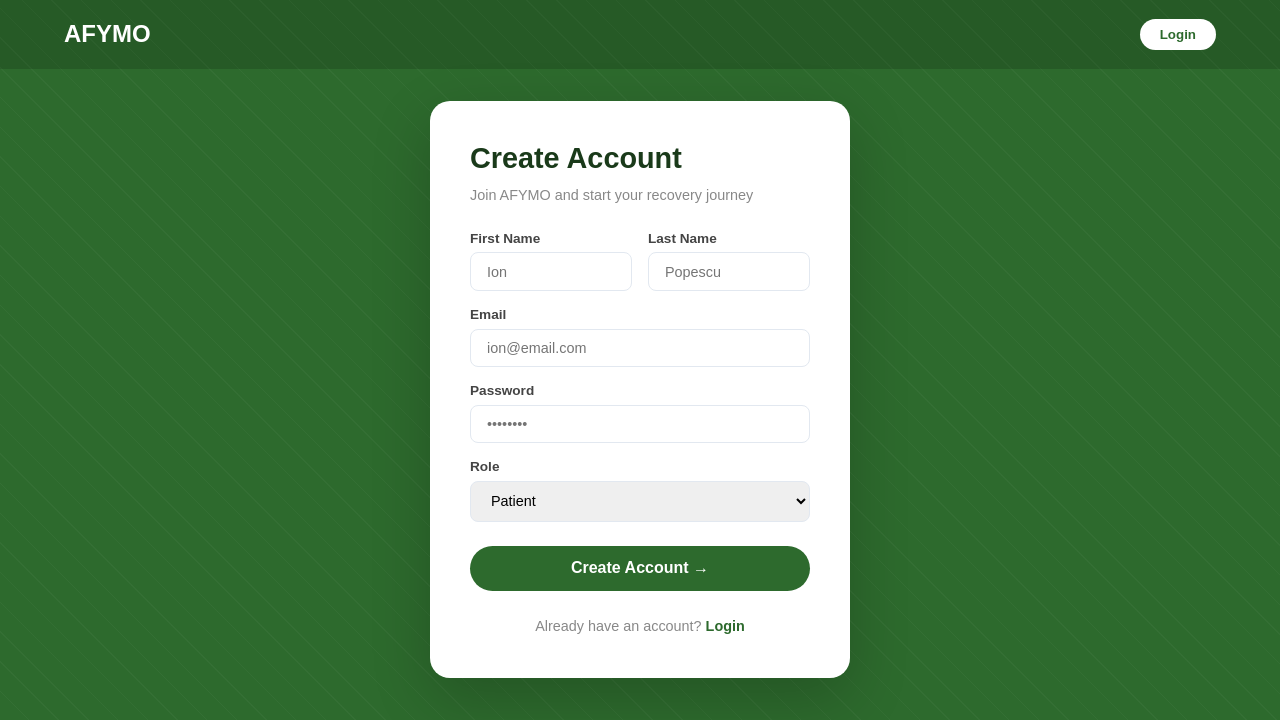
Repository: Bogo02/PhysioApp
Page: /register (app in physioapp-frontend/)
The author's editor kept a copy of each file at every save. The page is drawn from the files as they stood at one save, then again after the next save.
The browser window is 1280 px wide. The pictures show the whole page.
The project was rebuilt for these pictures with package versions that can differ from the ones it lists, and the page was loaded fresh each time. Also part of the build but not shown: physioapp-frontend/vite.config.js, physioapp-frontend/src/pages/Home.jsx, physioapp-frontend/src/pages/Login.jsx, physioapp-frontend/src/pages/Dashboard.jsx, physioapp-frontend/src/pages/Appointments.jsx, physioapp-frontend/src/pages/BookAppointment.jsx, physioapp-frontend/src/pages/Profile.jsx, physioapp-frontend/src/pages/Services.jsx and 2 more.

Above is the page before, as saved 2026-06-10 02:11:23.

After the next save:
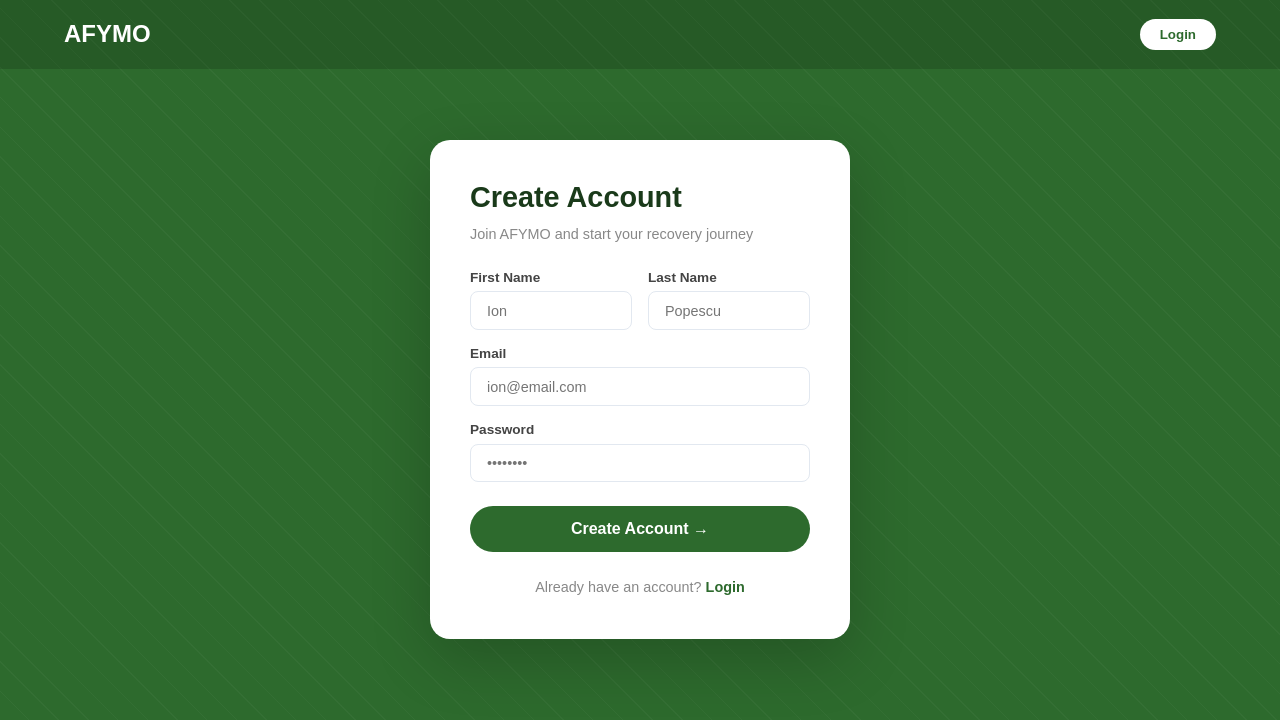
Saved 25 min 6 s later.
--- a/physioapp-frontend/src/pages/Register.jsx
+++ b/physioapp-frontend/src/pages/Register.jsx
@@ -7,7 +7,6 @@ function Register() {
   const [lastName, setLastName] = useState('')
   const [email, setEmail] = useState('')
   const [password, setPassword] = useState('')
-  const [role, setRole] = useState('PATIENT')
   const [error, setError] = useState('')
   const navigate = useNavigate()
 
@@ -15,7 +14,7 @@ function Register() {
     e.preventDefault()
     try {
       const response = await axios.post('http://localhost:8080/api/auth/register', {
-        firstName, lastName, email, password, role
+        firstName, lastName, email, password
       })
       localStorage.setItem('token', response.data.token)
       localStorage.setItem('role', response.data.role)
@@ -91,16 +90,6 @@ function Register() {
                 style={{ width: '100%', padding: '0.65rem 1rem', borderRadius: '8px', border: '1.5px solid #e2e8f0', fontFamily: 'inherit', fontSize: '0.9rem', boxSizing: 'border-box', outline: 'none' }} />
             </div>
 
-            <div>
-              <label style={{ color: '#444', fontSize: '0.85rem', fontWeight: '600', display: 'block', marginBottom: '0.4rem' }}>Role</label>
-              <select value={role} onChange={e => setRole(e.target.value)}
-                style={{ width: '100%', padding: '0.65rem 1rem', borderRadius: '8px', border: '1.5px solid #e2e8f0', fontFamily: 'inherit', fontSize: '0.9rem', boxSizing: 'border-box', outline: 'none' }}>
-                <option value="PATIENT">Patient</option>
-                <option value="THERAPIST">Therapist</option>
-                <option value="ADMIN">Admin</option>
-              </select>
-            </div>
-
             <button type="submit" style={{
               width: '100%', padding: '0.85rem', background: '#2d6a2d', color: 'white',
               border: 'none', borderRadius: '999px', cursor: 'pointer',
